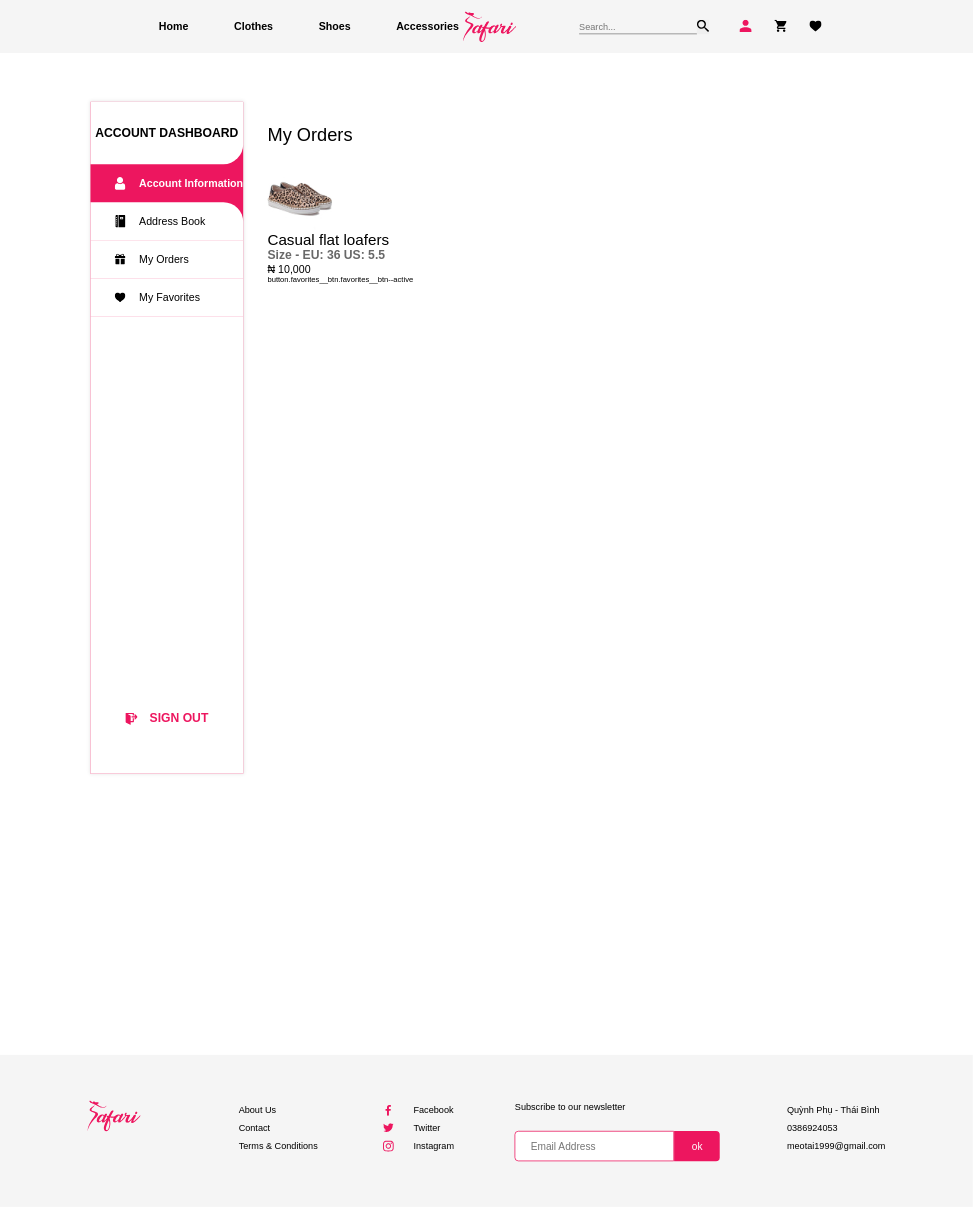
Repository: tboy1999/safari
Page: views/user.html
An editor plug-in stored every save of this project. The page is shown before and after the next save, followed by the edit.
The browser window is 1280 px wide. The pictures show the whole page, at 76% of full size.
Some web libraries are served in a nearby version. The style sheet was rebuilt from its Sass, Less or Tailwind sources for each picture, by a compiler version that may differ from the author's.

Above is the page before, as saved 2022-04-28 17:55:38.

### views/user.html
<!DOCTYPE html>
<html lang="en">
<head>
  <meta charset="UTF-8">
  <meta http-equiv="X-UA-Compatible" content="IE=edge">
  <meta name="viewport" content="width=device-width, initial-scale=1.0">
  <title>user</title>
  <link rel="shortcut icon" href="./image/logo/Logo.svg" type="image/x-icon">
  <link rel="preconnect" href="https://fonts.googleapis.com">
  <link rel="preconnect" href="https://fonts.gstatic.com" crossorigin>
  <link rel="stylesheet" href="https://cdnjs.cloudflare.com/ajax/libs/font-awesome/6.1.1/css/all.min.css" integrity="sha512-KfkfwYDsLkIlwQp6LFnl8zNdLGxu9YAA1QvwINks4PhcElQSvqcyVLLD9aMhXd13uQjoXtEKNosOWaZqXgel0g==" crossorigin="anonymous" referrerpolicy="no-referrer" />
  <link rel="stylesheet" href="../css/grid.css">
  <link rel="stylesheet" href="../css/user.css">
</head>
<body>
  <header id="header" class="header">
    <div class="container">
      <div class="header__container facenter">
        <ul class="header__list facenter fz14-fw600">
          <li class="header__item"><a href="../index.html" class="header__link">Home</a></li>
          <li class="header__item"><a href="./clothes.html" class="header__link">Clothes</a></li>
          <li class="header__item"><a href="./shoes.html" class="header__link">Shoes</a></li>
          <li class="header__item"><a href="./accessories.html" class="header__link">Accessories</a></li>
        </ul>
        <form class="header__search facenter">
          <input type="text" placeholder="Search..." class="fz12">
          <button type="submit"><img src="../image/header/search.svg" alt=""></button>
        </form>
        <div class="header__feature facenter">
          <a href="#" class="header__feature--active">
            <svg width="16" height="16" viewBox="0 0 16 16" fill="inherit" xmlns="http://www.w3.org/2000/svg">
            <path d="M8 0C9.06087 0 10.0783 0.421427 10.8284 1.17157C11.5786 1.92172 12 2.93913 12 4C12 5.06087 11.5786 6.07828 10.8284 6.82843C10.0783 7.57857 9.06087 8 8 8C6.93913 8 5.92172 7.57857 5.17157 6.82843C4.42143 6.07828 4 5.06087 4 4C4 2.93913 4.42143 1.92172 5.17157 1.17157C5.92172 0.421427 6.93913 0 8 0ZM8 10C12.42 10 16 11.79 16 14V16H0V14C0 11.79 3.58 10 8 10Z"/>
            </svg>
          </a>
          <a href="./cart.html">
            <svg width="16" height="16" viewBox="0 0 16 16" fill="inherit" xmlns="http://www.w3.org/2000/svg">
              <path d="M12.8 12.8C11.912 12.8 11.2 13.512 11.2 14.4C11.2 14.8243 11.3686 15.2313 11.6686 15.5314C11.9687 15.8314 12.3757 16 12.8 16C13.2243 16 13.6313 15.8314 13.9314 15.5314C14.2314 15.2313 14.4 14.8243 14.4 14.4C14.4 13.9757 14.2314 13.5687 13.9314 13.2686C13.6313 12.9686 13.2243 12.8 12.8 12.8ZM0 0V1.6H1.6L4.48 7.672L3.392 9.632C3.272 9.856 3.2 10.12 3.2 10.4C3.2 10.8243 3.36857 11.2313 3.66863 11.5314C3.96869 11.8314 4.37565 12 4.8 12H14.4V10.4H5.136C5.08296 10.4 5.03209 10.3789 4.99458 10.3414C4.95707 10.3039 4.936 10.253 4.936 10.2C4.936 10.16 4.944 10.128 4.96 10.104L5.68 8.8H11.64C12.24 8.8 12.768 8.464 13.04 7.976L15.904 2.8C15.96 2.672 16 2.536 16 2.4C16 2.18783 15.9157 1.98434 15.7657 1.83431C15.6157 1.68429 15.4122 1.6 15.2 1.6H3.368L2.616 0H0ZM4.8 12.8C3.912 12.8 3.2 13.512 3.2 14.4C3.2 14.8243 3.36857 15.2313 3.66863 15.5314C3.96869 15.8314 4.37565 16 4.8 16C5.22435 16 5.63131 15.8314 5.93137 15.5314C6.23143 15.2313 6.4 14.8243 6.4 14.4C6.4 13.9757 6.23143 13.5687 5.93137 13.2686C5.63131 12.9686 5.22435 12.8 4.8 12.8Z"/>
            </svg>
          </a>
          <a href="#">
            <svg width="16" height="15" viewBox="0 0 16 15" fill="inherit"
            xmlns="http://www.w3.org/2000/svg">
              <path d="M14.7307 1.39307C13.9025 0.494751 12.766 0 11.5304 0C10.6068 0 9.76099 0.291992 9.01636 0.867798C8.64062 1.15845 8.30017 1.51404 8 1.92908C7.69995 1.51416 7.35938 1.15845 6.98352 0.867798C6.23901 0.291992 5.39319 0 4.4696 0C3.23401 0 2.09741 0.494751 1.26917 1.39307C0.450806 2.28088 0 3.49377 0 4.80847C0 6.16162 0.504272 7.40027 1.58691 8.70667C2.55542 9.87524 3.94739 11.0615 5.55933 12.4352C6.10974 12.9043 6.73364 13.436 7.38147 14.0024C7.55261 14.1523 7.77222 14.2349 8 14.2349C8.22766 14.2349 8.44739 14.1523 8.61829 14.0027C9.26611 13.4362 9.89038 12.9042 10.441 12.4348C12.0527 11.0614 13.4447 9.87524 14.4132 8.70654C15.4958 7.40027 16 6.16162 16 4.80835C16 3.49377 15.5492 2.28088 14.7307 1.39307Z"/>
            </svg>
          </a>
        </div>
        <div class="header__logo">
          <a href="../index.html"><img src="../image/logo/Logo.svg" alt=""></a>
        </div>
      </div>
    </div>
  </header>

  <main id="user" class="user">
    <div class="container">
      <div class="user__container">
        <div class="row">
          <div class="col xxl-3">
            <div class="user__list flex-column">
              <div class="user__item fz16-fw800 user__item--prev">ACCOUNT DASHBOARD</div>
              <div class="user__item user__tag facenter gap18 fz14 user__item--active">
                <svg width="14" height="17" viewBox="0 0 14 17" fill="inherit" xmlns="http://www.w3.org/2000/svg">
                  <path d="M6.89428 8.08322C8.00476 8.08322 8.96635 7.68493 9.75204 6.89912C10.5377 6.11343 10.936 5.15209 10.936 4.04148C10.936 2.93125 10.5377 1.96979 9.75191 1.18384C8.9661 0.398284 8.00463 0 6.89428 0C5.78366 0 4.82233 0.398284 4.03664 1.18397C3.25095 1.96966 2.85254 2.93112 2.85254 4.04148C2.85254 5.15209 3.25095 6.11356 4.03677 6.89924C4.82258 7.6848 5.78405 8.08322 6.89428 8.08322Z"/>
                  <path d="M13.9661 12.9033C13.9434 12.5764 13.8976 12.2197 13.8301 11.843C13.762 11.4636 13.6743 11.1049 13.5693 10.777C13.4609 10.4381 13.3134 10.1034 13.1311 9.78274C12.9419 9.44988 12.7196 9.16003 12.4702 8.92152C12.2094 8.672 11.8902 8.47139 11.5209 8.32506C11.153 8.17949 10.7452 8.10575 10.3091 8.10575C10.1378 8.10575 9.97209 8.17603 9.65216 8.38433C9.45526 8.51274 9.22494 8.66125 8.96787 8.8255C8.74805 8.96556 8.45026 9.09679 8.08245 9.21559C7.72359 9.33171 7.35924 9.3906 6.99962 9.3906C6.63999 9.3906 6.27576 9.33171 5.91653 9.21559C5.5491 9.09692 5.25131 8.96569 5.03175 8.82563C4.77711 8.66291 4.54666 8.5144 4.34682 8.3842C4.02727 8.17591 3.86148 8.10562 3.69018 8.10562C3.25387 8.10562 2.84624 8.17949 2.47843 8.32518C2.10946 8.47126 1.79004 8.67187 1.529 8.92165C1.27973 9.16029 1.05736 9.45001 0.868391 9.78274C0.686212 10.1034 0.538727 10.438 0.430163 10.7771C0.32531 11.105 0.237614 11.4636 0.169505 11.843C0.102036 12.2192 0.0562028 12.576 0.0335425 12.9037C0.0112662 13.2248 0 13.5581 0 13.8946C0 14.7706 0.278453 15.4797 0.827551 16.0027C1.36986 16.5188 2.08744 16.7806 2.96006 16.7806H11.0399C11.9126 16.7806 12.6299 16.5189 13.1723 16.0027C13.7215 15.4801 14 14.7708 14 13.8945C13.9999 13.5564 13.9885 13.2229 13.9661 12.9033Z"/>
                  </svg>

                Account Information
              </div>
              <div class="user__item user__tag facenter gap18 fz14 user__item--next">
                <svg width="14" height="17" viewBox="0 0 14 17" fill="inherit" xmlns="http://www.w3.org/2000/svg">
                  <path d="M1.00448 5.0538H0.470852C0.210816 5.0538 0 5.26462 0 5.52465C0 5.78469 0.210816 5.99551 0.470852 5.99551H1.00448V5.0538Z"/>
                  <path d="M1.00448 12.5874H0.470852C0.210816 12.5874 0 12.7982 0 13.0583C0 13.3183 0.210816 13.5291 0.470852 13.5291H1.00448V12.5874Z"/>
                  <path d="M1.00448 10.0762H0.470852C0.210816 10.0762 0 10.287 0 10.5471C0 10.8071 0.210816 11.0179 0.470852 11.0179H1.00448V10.0762Z"/>
                  <path d="M1.00448 7.56503H0.470852C0.210816 7.56503 0 7.77585 0 8.03588C0 8.29592 0.210816 8.50674 0.470852 8.50674H1.00448V7.56503Z"/>
                  <path d="M1.00448 2.5426H0.470852C0.210816 2.5426 0 2.75342 0 3.01345C0 3.27349 0.210816 3.48431 0.470852 3.48431H1.00448V2.5426Z"/>
                  <path d="M4.01834 0H2.41744C1.63856 0 1.00488 0.633673 1.00488 1.41256V2.5426H2.48022C2.74025 2.5426 2.95107 2.75342 2.95107 3.01345C2.95107 3.27349 2.74025 3.4843 2.48022 3.4843C2.05168 3.4843 1.466 3.4843 1.00488 3.4843V5.05381H2.48022C2.74025 5.05381 2.95107 5.26463 2.95107 5.52466C2.95107 5.7847 2.74025 5.99552 2.48022 5.99552C1.71562 5.99552 2.16255 5.99552 1.00488 5.99552V7.56502H2.48022C2.74025 7.56502 2.95107 7.77584 2.95107 8.03587C2.95107 8.29591 2.74025 8.50673 2.48022 8.50673C2.05168 8.50673 1.466 8.50673 1.00488 8.50673V10.0762H2.48022C2.74025 10.0762 2.95107 10.287 2.95107 10.5471C2.95107 10.8071 2.74025 11.0179 2.48022 11.0179C1.71562 11.0179 2.16255 11.0179 1.00488 11.0179V12.5874H2.48022C2.74025 12.5874 2.95107 12.7983 2.95107 13.0583C2.95107 13.3183 2.74025 13.5291 2.48022 13.5291C2.05168 13.5291 1.466 13.5291 1.00488 13.5291V14.6592C1.00488 15.4381 1.63856 16.0717 2.41744 16.0717H4.01834V0Z"/>
                  <path d="M7.94141 3.48431H10.0759V4.55158H7.94141V3.48431Z"/>
                  <path d="M12.5878 0H4.95996V16.0717H12.5878C13.3666 16.0717 14.0003 15.4381 14.0003 14.6592V1.41256C14.0003 0.633673 13.3666 0 12.5878 0ZM11.0183 5.02242C11.0183 5.28246 10.8074 5.49327 10.5474 5.49327H7.47117C7.21114 5.49327 7.00032 5.28246 7.00032 5.02242V3.01345C7.00032 2.75342 7.21114 2.5426 7.47117 2.5426H10.5474C10.8074 2.5426 11.0183 2.75342 11.0183 3.01345V5.02242Z"/>
                  </svg>

                Address Book
              </div>
              <div class="user__item user__tag facenter gap18 fz14">
                <svg width="14" height="14" viewBox="0 0 14 14" fill="inherit" xmlns="http://www.w3.org/2000/svg">
                  <path d="M13.0869 2.71463H12.0679C12.2023 2.5019 12.291 2.2631 12.3163 2.01056C12.3971 1.20345 11.972 0.479938 11.2484 0.159169C10.5832 -0.135678 9.83572 -0.0151468 9.29746 0.473048L8.01066 1.63926C7.76006 1.36516 7.39981 1.1929 6.99999 1.1929C6.59946 1.1929 6.23863 1.36571 5.98797 1.64065L4.69953 0.472911C4.1604 -0.0152835 3.4132 -0.13535 2.74834 0.159333C2.02488 0.48013 1.59974 1.20389 1.68079 2.01097C1.70614 2.26332 1.79479 2.502 1.92918 2.71463H0.913033C0.408761 2.71463 0 3.12342 0 3.62766V4.99723C0 5.24934 0.204394 5.45376 0.45653 5.45376H13.5435C13.7956 5.45376 14 5.24936 14 4.99723V3.62766C14 3.12342 13.5912 2.71463 13.0869 2.71463ZM5.63042 2.56246V2.71463H3.48277C2.91533 2.71463 2.46875 2.18564 2.61048 1.59485C2.6729 1.33467 2.8607 1.11289 3.10359 1.00062C3.43713 0.846453 3.8066 0.895945 4.08673 1.1495L5.63081 2.54901C5.63072 2.55352 5.63042 2.55795 5.63042 2.56246ZM11.4104 1.88934C11.3763 2.36384 10.9477 2.71468 10.472 2.71468H8.36955V2.56252C8.36955 2.55713 8.36922 2.5518 8.36917 2.54641C8.71895 2.22933 9.47776 1.54158 9.88931 1.16853C10.1232 0.956539 10.4505 0.857582 10.753 0.947816C11.1872 1.07732 11.4421 1.44651 11.4104 1.88934Z"/>
                  <path d="M0.913086 6.36679V13.0624C0.913086 13.5667 1.32185 13.9755 1.82612 13.9755H6.08698V6.36679H0.913086Z"/>
                  <path d="M7.91309 6.36679V13.9755H12.1739C12.6782 13.9755 13.087 13.5667 13.087 13.0624V6.36679H7.91309Z"/>
                  </svg>

                My Orders
              </div>
              <div class="user__item user__tag facenter gap18 fz14">
                <svg width="14" height="13" viewBox="0 0 14 13" fill="inherit" xmlns="http://www.w3.org/2000/svg">
                  <path d="M12.8894 1.21893C12.1647 0.432907 11.1702 0 10.0891 0C9.28096 0 8.54086 0.255493 7.88931 0.759323C7.56055 1.01364 7.26265 1.32478 7 1.68794C6.73746 1.32489 6.43945 1.01364 6.11058 0.759323C5.45914 0.255493 4.71904 0 3.9109 0C2.82976 0 1.83524 0.432907 1.11052 1.21893C0.394455 1.99577 0 3.05705 0 4.20741C0 5.39142 0.441238 6.47523 1.38855 7.61833C2.23599 8.64084 3.45396 9.67883 4.86441 10.8808C5.34602 11.2913 5.89194 11.7565 6.45879 12.2521C6.60854 12.3833 6.80069 12.4555 7 12.4555C7.1992 12.4555 7.39146 12.3833 7.541 12.2523C8.10785 11.7566 8.65408 11.2912 9.13591 10.8805C10.5461 9.67873 11.7641 8.64084 12.6116 7.61823C13.5589 6.47523 14 5.39142 14 4.20731C14 3.05705 13.6055 1.99577 12.8894 1.21893Z"/>
                  </svg>
                My Favorites
              </div>
              <div class="user__item fz16"><img src="../image/user/checkout.svg" alt="">SIGN OUT</div>
            </div>
          </div>
          <div class="col xxl-9">
            <div class="user__pain">
              <form action="">
                <h3 class="fz24">User Information</h3>
                <div class="form__account-infomation flex-column">
                  <label for="first-name">First name</label>
                  <input type="text" id="first-name">
                  <label for="last-name">Last name</label>
                  <input type="text" id="last-name">
                  <label for="email">Email</label>
                  <input type="text" id="email">
                  <label for="create-password">Gender</label>
                  <input type="text" id="create-password">
                  <label for="confirm-password">Date of birth</label>
                  <input type="text" id="confirm-password">
                  <a href="#" class="fz16">Change password</a>
                  <label class="facenter gap8">
                    <input type="checkbox" checked="checked">
                    Newsletter subsciption
                  </label>
                </div>
                <button type="submit" class="fz18 user__btn user__btn--active">save changes</button>
              </form>
            </div>
            <div class="user__pain">
              <h3 class="fz24">Address Book</h3>
              <div class="user__address-book">
                <div class="user__address-info">
                  <h4 class="fz20">Default Shipping Address</h4>
                  <ul class="flex-column gap4">
                    <li class="fz14">Ayokunle Oriolowo</li>
                    <li class="fz14">No 4 Barnawa Close, Barnawa, Kaduna</li>
                    <li class="fz14">Kaduna, Kaduna</li>
                    <li class="fz14">Nigeria</li>
                    <li class="fz14">+234 708 568 5878</li>
                  </ul>
                </div>
                <div class="user__address-link facenter gap64">
                  <a href="" class="fz14">Edit</a><a href="" class="fz14">Delete</a>
                </div>
              </div>
              <button class="fz18 user__btn user__btn--active">ADD NEW ADDRESS</button>
            </div>
            <div class="user__pain">
              <h3 class="fz24">My Orders</h3>
              <div class="my-orders">
                <div class="my-orders__info d-flex">
                  <div class="my-orders__product facenter gap32">
                    <div class="my-orders__left flex-column gap16">
                      <img src="../image/cart/cart1.jpg" alt="">
                      <button class="fz12">Delivered</button>
                    </div>
                    <div class="my-orders__right flex-column gap8">
                      <h4 class="fz20">Casual flat loafers</h4>
                      <p class="fz16">Size - EU: 36 US: 5.5</p>
                      <span class="fz14">₦ 10,000</span>
                      <p class="fz14">Qty: 1</p>
                      <p class="fz12">On 20/07/2020</p>
                    </div>
                  </div>
                  <div class="my-orders__price">
                    <h5 class="fz16">Payment details</h5>
                    <p class="fz12-fw600">Item’s total - ₦ 10,000 </p>
                    <p class="fz12-fw600">Delivery fee - ₦ 2,000  </p>
                    <p class="fz12-fw600">TOTAL - ₦ 12,000  </p>
                  </div>
                  <div class="my-orders__delivery">
                    <div class="my-orders__top">
                      <h5 class="fz16">Delivery method</h5>
                      <p class="fz12">Door delivery</p>
                    </div>
                    <div class="my-orders__body">
                      <h5 class="fz16">Shipping address</h5>
                      <p class="fz12">Ayokunle Oriolowo <br />
                        4, Barnawa Close, Barnawa Kaduna. </p>
                    </div>
                  </div>
                </div>
              </div>
              <div class="my-orders__button facenter gap32">
                <button class="user__btn user__btn--active fz18 ">ORDER AGAIN</button>
                <button class="user__btn fz18 ">REQUEST A RETURN</button>
              </div>
              <div class="my-orders">
                <div class="my-orders__info d-flex">
                  <div class="my-orders__product facenter gap32">
                    <div class="my-orders__left flex-column gap16">
                      <img src="../image/cart/cart2.jpg" alt="">
                      <button class="fz12 arrive">To arrive</button>
                    </div>
                    <div class="my-orders__right flex-column gap8">
                      <h4 class="fz20">Multicolored armless top</h4>
                      <p class="fz16">Size - XS</p>
                      <span class="fz14">₦ 10,000</span>
                      <p class="fz14">Qty: 1</p>
                      <p class="fz12">Between 20/07/2020 - 25/07/2020</p>
                    </div>
                  </div>
                  <div class="my-orders__price">
                    <h5 class="fz16">Payment details</h5>
                    <p class="fz12-fw600">Item’s total - ₦ 10,000 </p>
                    <p class="fz12-fw600">Delivery fee - ₦ 2,000  </p>
                    <p class="fz12-fw600">TOTAL - ₦ 12,000  </p>
                  </div>
                  <div class="my-orders__delivery">
                    <div class="my-orders__top">
                      <h5 class="fz16">Delivery method</h5>
                      <p class="fz12">Door delivery</p>
                    </div>
                    <div class="my-orders__body">
                      <h5 class="fz16">Shipping address</h5>
                      <p class="fz12">Ayokunle Oriolowo <br />
                        4, Barnawa Close, Barnawa Kaduna. </p>
                    </div>
                  </div>
                </div>
              </div>
            </div>
            <div class="user__pain pain--active">
              <h3 class="fz24">My Orders</h3>
              <div class="user__favorites">
                <div class="row">
                  <div class="col xxl-6 favorites__item">
                    <div class="favorites__product">
                      <img src="../image/cart/cart1.jpg" alt="">
                      <div class="favorites__info">
                        <h4 class="fz20">Casual flat loafers</h4>
                        <p class="fz16">Size - EU: 36 US: 5.5</p>
                        <span class="fz14">₦ 10,000</span>
                      </div>
                      <div class="favorites__button">
                        button.favorites__btn.favorites__btn--active
                      </div>
                    </div>
                  </div>
                </div>
              </div>
            </div>
          </div>
        </div>
      </div>
    </div>
  </main>

  <footer class="footer">
    <div class="container">
      <div class="footer__container d-flex fz12">
        <div class="footer__logo">
          <a href="../index.html"><img src="../image/logo/Logo.svg" alt=""></a>
        </div>
        <div class="footer__body d-flex gap80">
          <ul class="footer__pages">
            <li class="footer__item fz12"><a href="#">About Us</a></li>
            <li class="footer__item fz12"><a href="#">Contact</a></li>
            <li class="footer__item fz12"><a href="#">Terms & Conditions</a></li>
          </ul>
          <ul class="footer__networks">
            <li class="footer__item facenter gap20">
              <div class="footer__icon flex-center">
                <a href="#" class="facenter"><img src="../image/footer/fb.svg" alt=""></a>
              </div>
              <p><a href="#">Facebook</a></p>
            </li>
            <li class="footer__item facenter gap20">
              <div class="footer__icon flex-center">
                <a href="#" class="facenter"><img src="../image/footer/twitter.svg" alt=""></a>
              </div>
              <p><a href="#">Twitter</a></p>
            </li>
            <li class="footer__item facenter gap20">
              <div class="footer__icon flex-center">
                <a href="#" class="facenter"><img src="../image/footer/instagram.svg" alt=""></a>
              </div>
              <p><a href="#">Instagram</a></p>
            </li>
          </ul>
          <div class="footer__input">
            <p>Subscribe to our newsletter</p>
            <form action="" class="facenter footer__form">
              <input type="text" placeholder="Email Address">
              <button type="submit">ok</button>
            </form>
          </div>
        </div>
        <div class="footer__info">
          <p>Quỳnh Phụ - Thái Bình</p>
          <p>0386924053</p>
          <p>meotai1999@gmail.com</p>
        </div>
      </div>
    </div>
  </footer>

  <script src="../js/user.js"></script>
</body>
</html>

### scss/_reset.scss
* {
  padding: 0;
  margin: 0;
  box-sizing: border-box;
}

html:focus-within {
  scroll-behavior: smooth;
}

a,
button {
  display: block;
  outline: none;
  border: none;
  text-decoration: none;
  color: inherit;
  cursor: pointer;
}

input {
  outline: none;
}

ul {
  list-style-type: none;
}

// img {
//   width: 100%;
//   height: 100%;
//   object-fit: cover;
// }

### scss/_variable.scss
$text-color: #686868;
$primary-color: #ED165F;

$header-background-color: #F5F5F5;
$footer-background-color: #F5F5F5;

### scss/_footer.scss
.footer {
  background-color: $footer-background-color;
  &__container {
    padding: 60px;
  }
  &__pages {
    margin-left: 129px;
    a {
      padding: 3px 0;
    }
  }
  &__networks {
    a {
      padding: 3px 0
    }
  }
  &__icon {
    width: 26px
  }
  &__body {
    flex: 1
  }
  &__form {
    margin-top: 22px;
    width: 270px;
    height: 40px;
    border-radius: 5px;
    input {
      border: 1px solid $primary-color;
      padding: 0 0 0 20px;
      height: inherit;
      flex: 1;
      border-top-left-radius: 5px;
      border-bottom-left-radius: 5px;
    }
    button {
      width: 60px;
      height: inherit;
      background-color: $primary-color;
      color: #fff;
      border-top-right-radius: 5px;
      border-bottom-right-radius: 5px;
    }
  }
  &__info {
    p {
      padding: 3px 0
    }
  }
}

Loaded but not shown: js/user.js (15 lines, source omitted); css/grid.css (721 lines, source omitted); scss/user.scss (178 lines, source omitted); scss/_alike.scss (90 lines, source omitted); scss/_header.scss (69 lines, source omitted); scss/_global.scss (88 lines, source omitted)

After the next save:
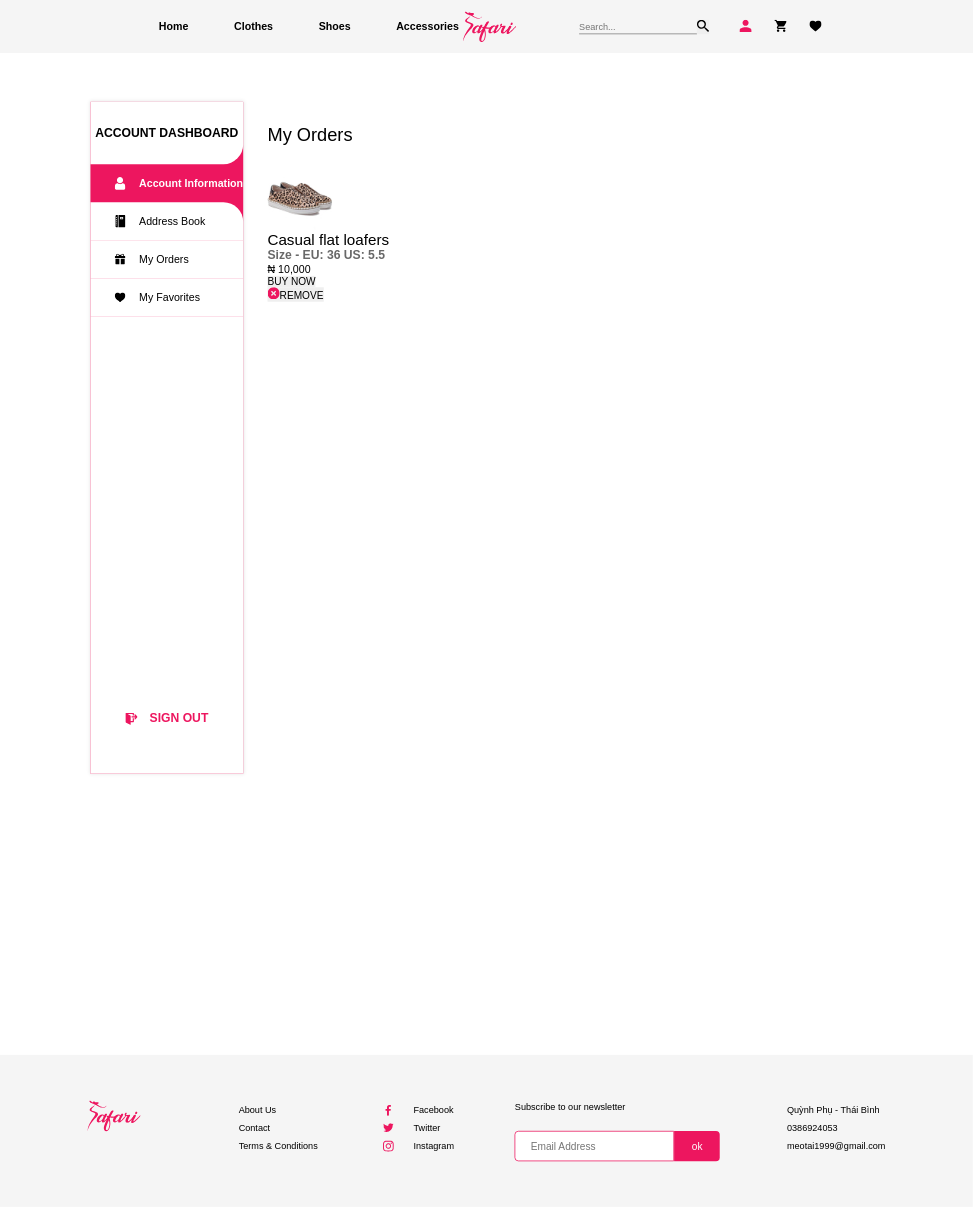
Saved 57 s later.
--- a/views/user.html
+++ b/views/user.html
@@ -229,7 +229,8 @@
                         <span class="fz14">₦ 10,000</span>
                       </div>
                       <div class="favorites__button">
-                        button.favorites__btn.favorites__btn--active
+                        <button class="favorites__btn favorites__btn--active">BUY NOW</button>
+                        <button class="favorites__btn"><img src="../image/cart/remove-cart.svg" alt="">REMOVE</button>
                       </div>
                     </div>
                   </div>
